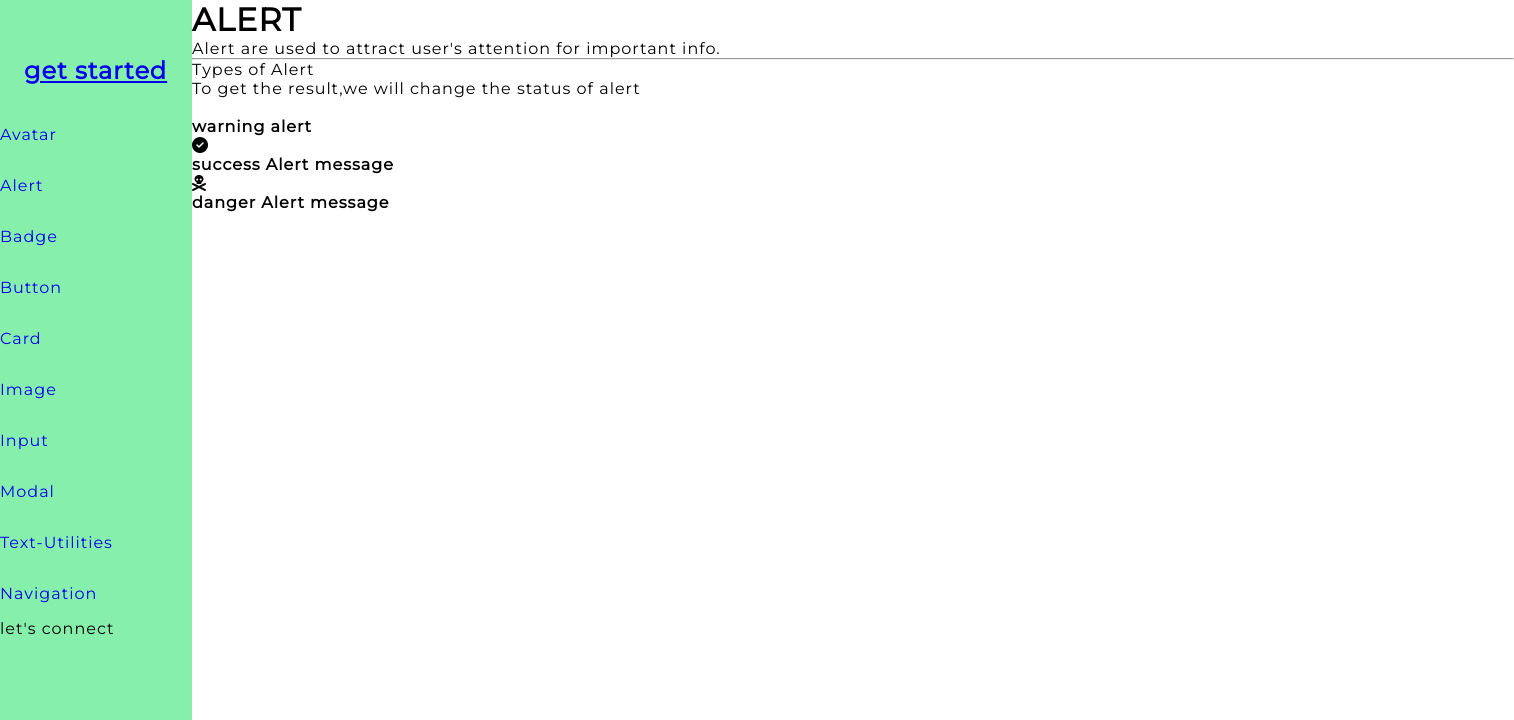
Repository: Anasooya2601/Components_UI
Page: components/Alert/Alert.html
An editor plug-in stored every save of this project. The page is shown before and after the next save, followed by the edit.
The browser window is 1280 px wide. The page is 1514 px wide, so the pictures cover 1514 px, including what lies to the right of the window. The pictures show the whole page.
Some icons come from a web library that is not loaded, so they are not drawn. Some web libraries are served in a nearby version.

Above is the page before, as saved 2022-02-12 10:39:35.
Not found: components/
Not found: components/Avatar/index.css

After the next save:
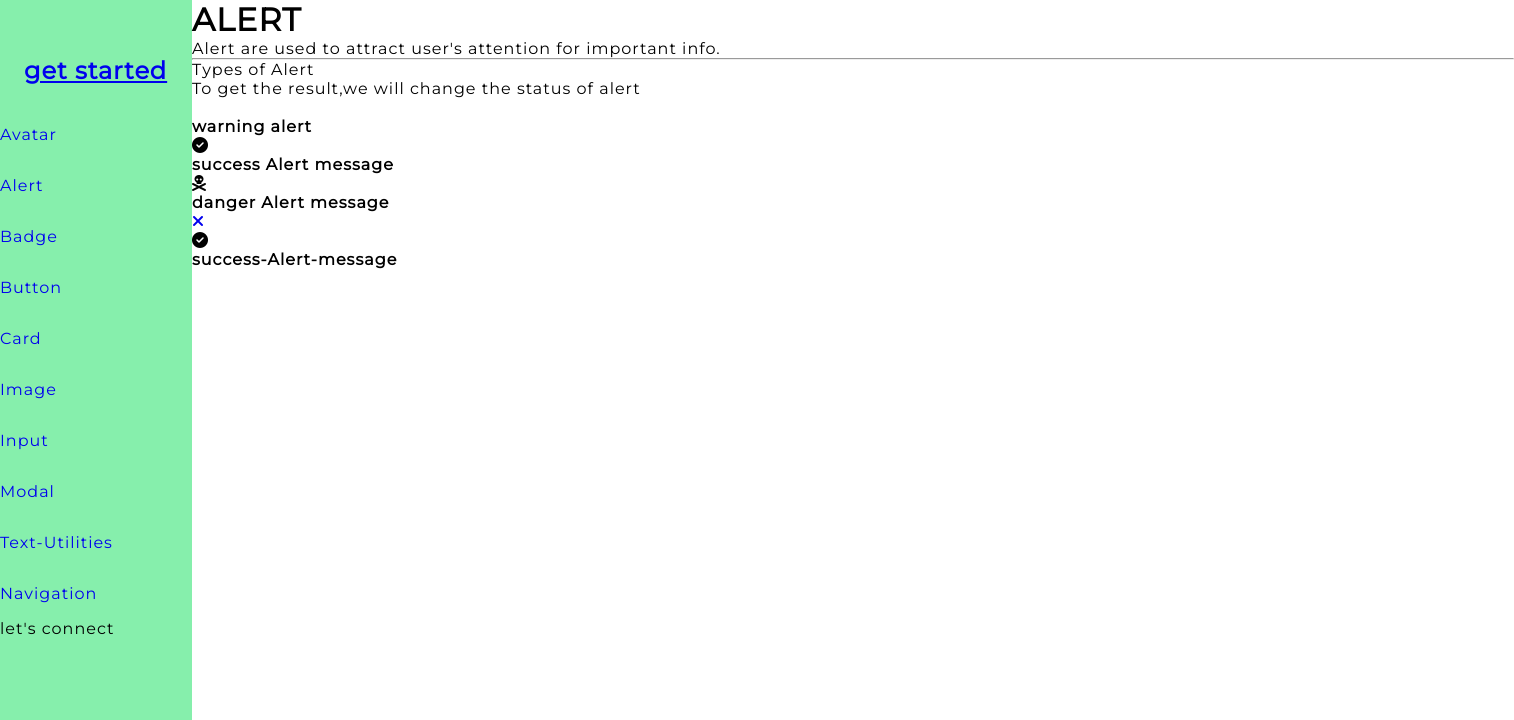
Saved 69 s later.
--- a/components/Alert/Alert.html
+++ b/components/Alert/Alert.html
@@ -78,6 +78,13 @@
             <i class="fas fa-skull-crossbones"></i>
             <h4>danger Alert message</h4>
         </div>
+        <a href="alert-close-btn"><i class="fas fa-times"></i></a>
+    </div>
+    <div class="alert alert-success">
+        <div class="alert-message">
+            <i class="fas fa-check-circle"></i>
+            <h4>success-Alert-message</h4>
+        </div>
     </div>
             </div>
         </div>
